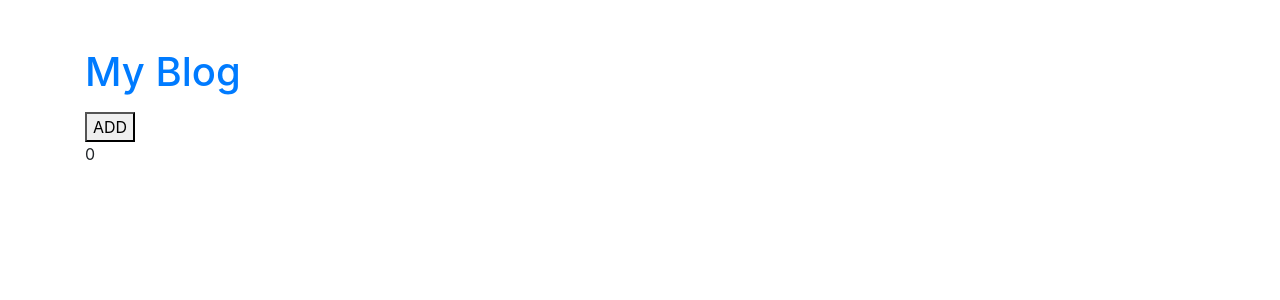
Repository: striver-69/Assignment_React
Page: /
The author's editor kept a copy of each file at every save. The page is drawn from the files as they stood at one save, then again after the next save.
The browser window is 1280 px wide. The pictures show the whole page.
The project was rebuilt for these pictures with package versions that can differ from the ones it lists, and the page was loaded fresh each time. Also part of the build but not shown: src/App.css.

Above is the page before, as saved 2021-04-06 00:10:09.

After the next save:
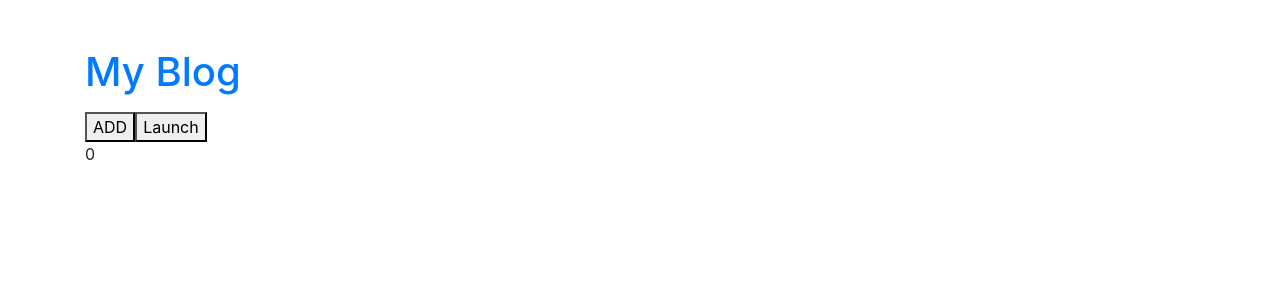
Saved 3 min 56 s later.
--- a/src/App.js
+++ b/src/App.js
@@ -5,6 +5,7 @@ import Results from './components/Results';
 
 const App = () => {
   const [limit,setLimit]=useState(0)
+  const[launch,setLaunch]=useState(false)
   const [results, setResults] = useState([]);
 
   useEffect(()=>{
@@ -33,6 +34,7 @@ const App = () => {
     <div className='container mt-5'>
       <h1 className='text-primary mb-3'>My Blog</h1>
       <button onClick={()=>setLimit(prev=>prev+1)}>ADD</button>
+      <button onClick={()=>setLaunch(prev=>!prev)}>Launch</button>
       <Results limit={limit} results={results}/>
     </div>
   );
